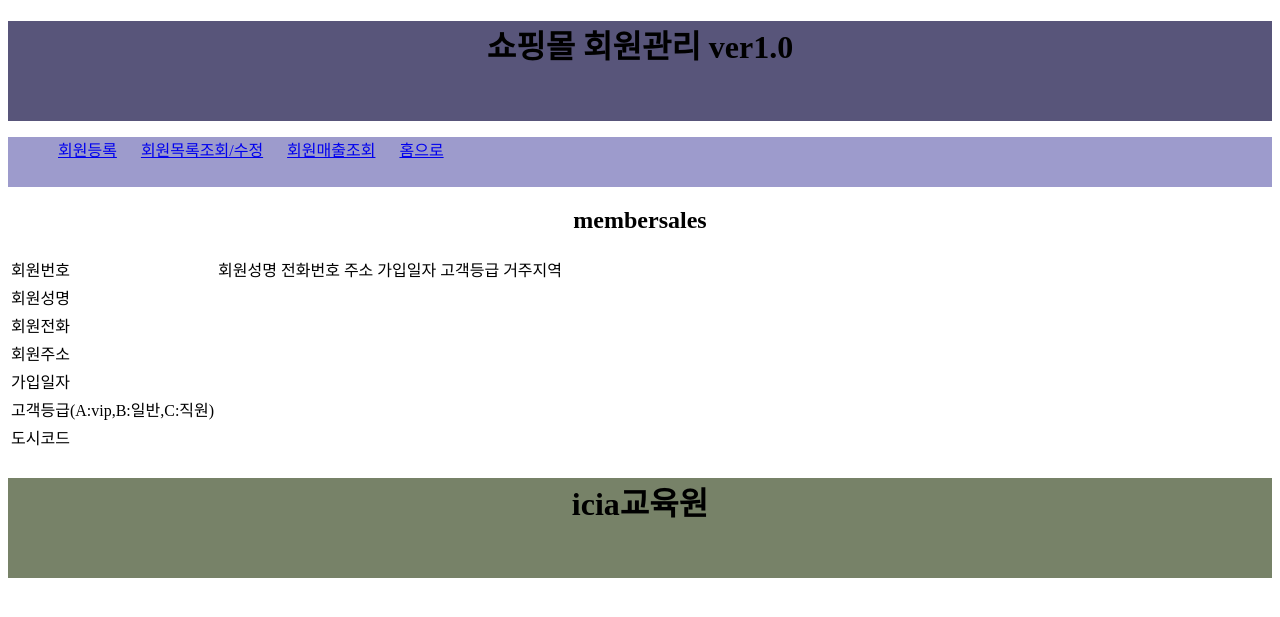
Repository: Kim-seongjun/javastudy2
Page: http://localhost/back_end_test/membersales
An editor plug-in stored every save of this project. The page is shown before and after the next save, followed by the edit.
The browser window is 1280 px wide. The pictures show the whole page.
The page is served by Tomcat 9. Other server files are loaded and not shown.

Above is the page before, as saved 2020-01-22 05:59:23.

### back_end_test/WebContent/membersales.jsp
<%@ page language="java" contentType="text/html; charset=UTF-8"
    pageEncoding="UTF-8"%>
<!DOCTYPE html>
<html>
<head>
<meta charset="UTF-8">
<title>Insert title here</title>
<style>
#header {
	background-color: #58557A;
	text-align: center;
	height: 100px;
}
#nav {
	background-color: #9D9BCC;
	height: 50px;
}
#footer {
	text-align: center;
	background-color: #778268;
	height: 100px;
}
</style>
</head>
<body>

<header>
		<div id="header">
			<jsp:include page="header.jsp" />
		</div>
	</header>
	<nav>
		<div id="nav">
			<jsp:include page="nav.jsp" />
		</div>
	</nav>
	<section>
		<div>
			<h1 style="text-align: center;">membersales</h1>
		</div>
		<div id="div_join">
			<form action="#">
				<table>
					<tr>
						<td>회원번호</td>
						<td>회원성명</td>
						<td>전화번호</td>
						<td>주소</td>
						<td>가입일자</td>
						<td>고객등급</td>
						<td>거주지역</td>
					</tr>
					<tr>
						<td>회원성명</td>
					</tr>
					<tr>
						<td>회원전화</td>
						<td></td>
					</tr>
					<tr>
						<td>회원주소</td>
					</tr>
					<tr>
						<td>가입일자</td>
					</tr>
					<tr>
						<td>고객등급(A:vip,B:일반,C:직원)</td>
					</tr>
					<tr>
						<td>도시코드</td>
					</tr>
					<tr>
						<td ></td>
					</tr>
				</table>
			</form>
		</div>
	</section>
	<footer>
		<div id="footer">
			<jsp:include page="footer.jsp" />
		</div>
	</footer>
</body>
</html>

### back_end_test/WebContent/header.jsp
<%@ page language="java" contentType="text/html; charset=UTF-8"
	pageEncoding="UTF-8"%>
<!DOCTYPE html>
<html>
<head>
<meta charset="UTF-8">
<title>Insert title here</title>
<style>
</style>
</head>
<body>
<h1>쇼핑몰 회원관리 ver1.0</h1>
</body>
</html>

### back_end_test/WebContent/nav.jsp
<%@ page language="java" contentType="text/html; charset=UTF-8"
    pageEncoding="UTF-8"%>
<!DOCTYPE html>
<html>
<head>
<meta charset="UTF-8">
<title>Insert title here</title>

</head>
<style>
ul li {
	list-style-type: none;
	display: inline;
	margin: 0px 10px;
}
</style>
<body>
   <div id="div_nav">
      <ul id="list">
         <li><a href="Joinfrm">회원등록</a></li>
         <li><a href="memberlist">회원목록조회/수정</a></li>
         <li><a href="membersales">회원매출조회</a></li>
         <li><a href="index">홈으로</a></li>
      </ul>
   </div>
</body>
</html>

### back_end_test/WebContent/footer.jsp
<%@ page language="java" contentType="text/html; charset=UTF-8"
	pageEncoding="UTF-8"%>
<!DOCTYPE html>
<html>
<head>
<meta charset="UTF-8">
<title>Insert title here</title>
</head>
<body>
	<h1>icia교육원</h1>
</body>
</html>

### back_end_test/src/com/icia/open/Controller/Home.java
package com.icia.open.Controller;

import java.io.IOException;

import javax.servlet.RequestDispatcher;
import javax.servlet.ServletException;
import javax.servlet.annotation.WebServlet;
import javax.servlet.http.HttpServlet;
import javax.servlet.http.HttpServletRequest;
import javax.servlet.http.HttpServletResponse;

import com.icia.open.Bean.Forward;
import com.icia.open.DAO.MemberDao;
import com.icia.open.service.MemberMM;

/**
 * Servlet implementation class Home
 */

@WebServlet({ "/Joinfrm","/memberlist","/membersales","/index" })

public class Home extends HttpServlet {
	private static final long serialVersionUID = 1L;

	protected void doProcess(HttpServletRequest request, HttpServletResponse response)
			throws ServletException, IOException {
		request.setCharacterEncoding("utf-8");
		String cmd = request.getServletPath();
		System.out.println("cmd = " + cmd);
		Forward fw = new Forward();
		MemberMM mm = new MemberMM(request, response);
		MemberDao md = new MemberDao();

		switch (cmd) {
		case "/Joinfrm":
			fw = mm.Joinfrm();
			break;
		case "/index":
			fw = mm.index();
			break;
		case "/memberlist":
			fw = mm.memberlist();
			break;
		case "/membersales":
			fw = mm.membersales();
			break;
		}
		if(fw!=null) {
	         if(fw.isRedirect()) {
	            response.sendRedirect(fw.getPath());
	         }
	         else {
	            RequestDispatcher dis=request.getRequestDispatcher(fw.getPath());
	            dis.forward(request, response);
	         }
	      }
	}

	protected void doGet(HttpServletRequest request, HttpServletResponse response)
			throws ServletException, IOException {
		doProcess(request, response);
	}

	protected void doPost(HttpServletRequest request, HttpServletResponse response)
			throws ServletException, IOException {
		doProcess(request, response);
	}

}

### back_end_test/src/com/icia/open/Bean/Forward.java
package com.icia.open.Bean;

public class Forward {
	private String path;
	private boolean isRedirect;

	public String getPath() {
		return path;
	}

	public void setPath(String path) {
		this.path = path;
	}

	public boolean isRedirect() {
		return isRedirect;
	}

	public void setRedirect(boolean isRedirect) {
		this.isRedirect = isRedirect;
	}
}

### back_end_test/src/com/icia/open/service/MemberMM.java
package com.icia.open.service;

import javax.servlet.http.HttpServletRequest;
import javax.servlet.http.HttpServletResponse;

import com.google.gson.Gson;
import com.icia.open.Bean.Forward;
import com.icia.open.Bean.Member;
import com.icia.open.DAO.MemberDao;

public class MemberMM {
	HttpServletRequest request;
	HttpServletResponse response;

	public MemberMM(HttpServletRequest request, HttpServletResponse response) {
		// TODO Auto-generated constructor stub
	}

	public Forward index() {
		Forward fw = new Forward();
		fw.setPath("index.jsp");
		fw.setRedirect(false);
		return fw;

	}

	public Forward Joinfrm() {
		Forward fw = new Forward();
		MemberDao mDao = new MemberDao();
		Member mb = mDao.joinfrm();
		System.out.println("가져온다"+mb.getCustno());

		request.setAttribute("custno", mb.getCustno());

		fw.setPath("Joinfrm.jsp");
		fw.setRedirect(false);
		return fw;
	}

	public Forward memberlist() {
		Forward fw = new Forward();
		MemberDao mDao = new MemberDao();
		fw.setPath("memberlist.jsp");
		fw.setRedirect(false);
		return fw;
	}

	public Forward membersales() {
		Forward fw = new Forward();
		MemberDao mDao = new MemberDao();
		fw.setPath("membersales.jsp");
		fw.setRedirect(false);
		return fw;
	}

}

### back_end_test/src/com/icia/open/DAO/MemberDao.java
package com.icia.open.DAO;

import java.sql.Connection;
import java.sql.PreparedStatement;
import java.sql.ResultSet;
import java.sql.SQLException;

import com.icia.open.Bean.Member;

public class MemberDao {
	Connection con;
	PreparedStatement pstmt;
	ResultSet rs;

	public MemberDao() {
		con = JdbcUtil.getConnection();
	}

	public void close() {
		JdbcUtil.close(rs, pstmt, con);
	}

	public Member joinfrm() {
		String sql = "SELECT ROWNUM,CUSTNO FROM MEMBER WHERE ROWNUM=1 ORDER BY custno DESC";
		try {
			pstmt=con.prepareStatement(sql);
			rs=pstmt.executeQuery();
			Member mb = new Member();
			if(rs.next()) {
				mb.setCustno(rs.getInt("custno")+1);
				System.out.println("custno = "+rs.getInt("custno"));
			}
			return mb;

		} catch (SQLException e) {
			System.out.println("조인 예외");
			e.printStackTrace();
		}
		return null;
	}
}

### back_end_test/src/com/icia/open/DAO/JdbcUtil.java
package com.icia.open.DAO;
import java.sql.Connection;
import java.sql.DriverManager;
import java.sql.PreparedStatement;
import java.sql.ResultSet;
import java.sql.SQLException;

//디비접속, 디비종료, TX(commit, rollback....)
public class JdbcUtil {

	static { // 초기화 1번만
		try {
			Class.forName("oracle.jdbc.driver.OracleDriver");
		} catch (ClassNotFoundException cne) {
			System.out.println("드라이버 로딩 실패");
			cne.printStackTrace();
		}
	} // static End

	public static Connection getConnection() { //db접속
		Connection con=null;
		try {
			con = DriverManager.getConnection("jdbc:oracle:thin:@localhost:1521:xe", "ICIA2", "1111");
			System.out.println("DB접속 성공");
			//con.setAutoCommit(false);  //트랜잭션 처리시 수동 커밋
		} catch (SQLException e) {
			System.out.println("DB접속 실패");
			e.printStackTrace();
		}
		return con;
	}//getConnection() End

	public static void close(ResultSet rs, PreparedStatement pstmt, Connection con) {
		try {
			if (rs != null)
				rs.close();
			if (pstmt != null)
				pstmt.close();
			if (con != null)
				con.close();

		} catch (SQLException e) {
			System.out.println("close 에러");
			e.printStackTrace();
		}
		System.out.println("close Ok");
	} //close() End

	public static void commit(Connection con) {
		try {
		con.commit();
	} catch (Exception e) {
		e.printStackTrace();
	}

	}  // commit() End



	public static void rollback(Connection con) {
		try {
			con.rollback();
		} catch (Exception e) {
		}

	}//rollback() End




}//class End

After the next save:
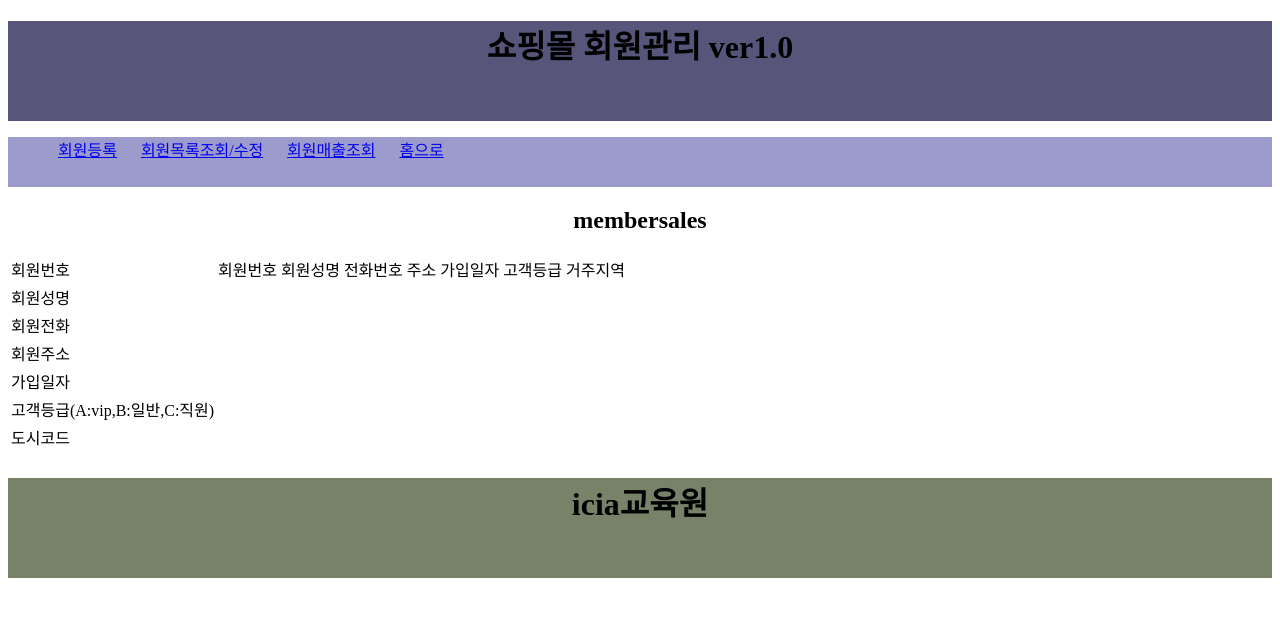
Saved 21 s later.
--- a/back_end_test/WebContent/membersales.jsp
+++ b/back_end_test/WebContent/membersales.jsp
@@ -43,6 +43,7 @@
 				<table>
 					<tr>
 						<td>회원번호</td>
+						<td>회원번호</td>
 						<td>회원성명</td>
 						<td>전화번호</td>
 						<td>주소</td>

After the save that followed:
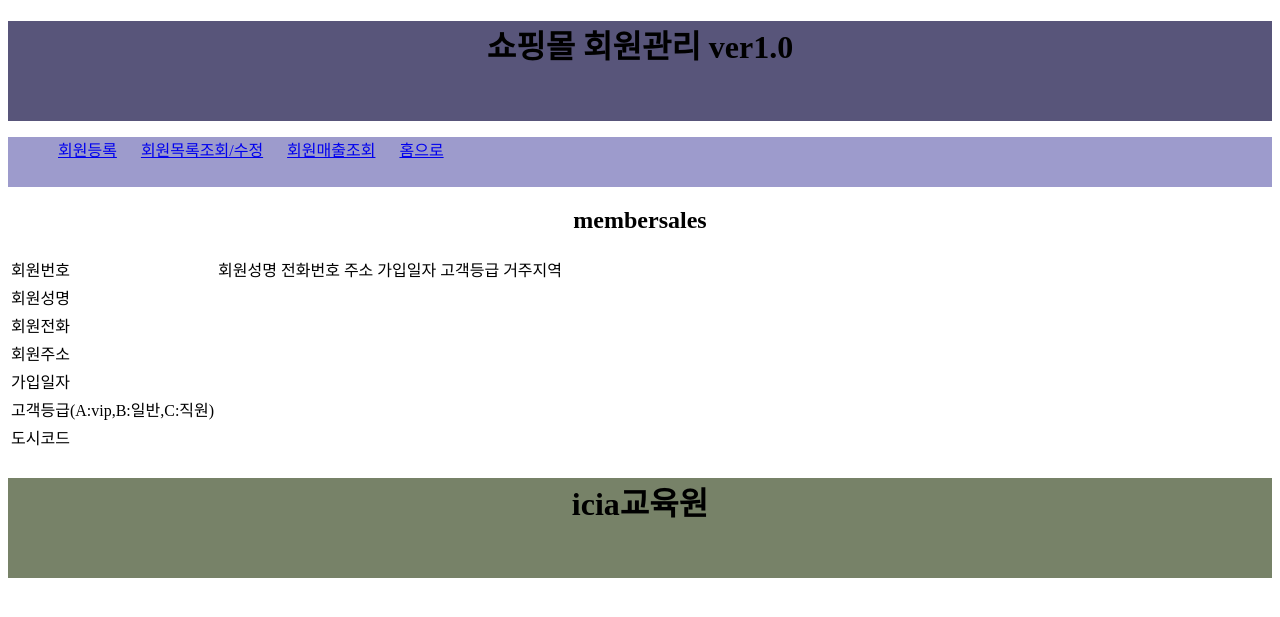
Saved 5 s later.
--- a/back_end_test/WebContent/membersales.jsp
+++ b/back_end_test/WebContent/membersales.jsp
@@ -43,7 +43,6 @@
 				<table>
 					<tr>
 						<td>회원번호</td>
-						<td>회원번호</td>
 						<td>회원성명</td>
 						<td>전화번호</td>
 						<td>주소</td>
